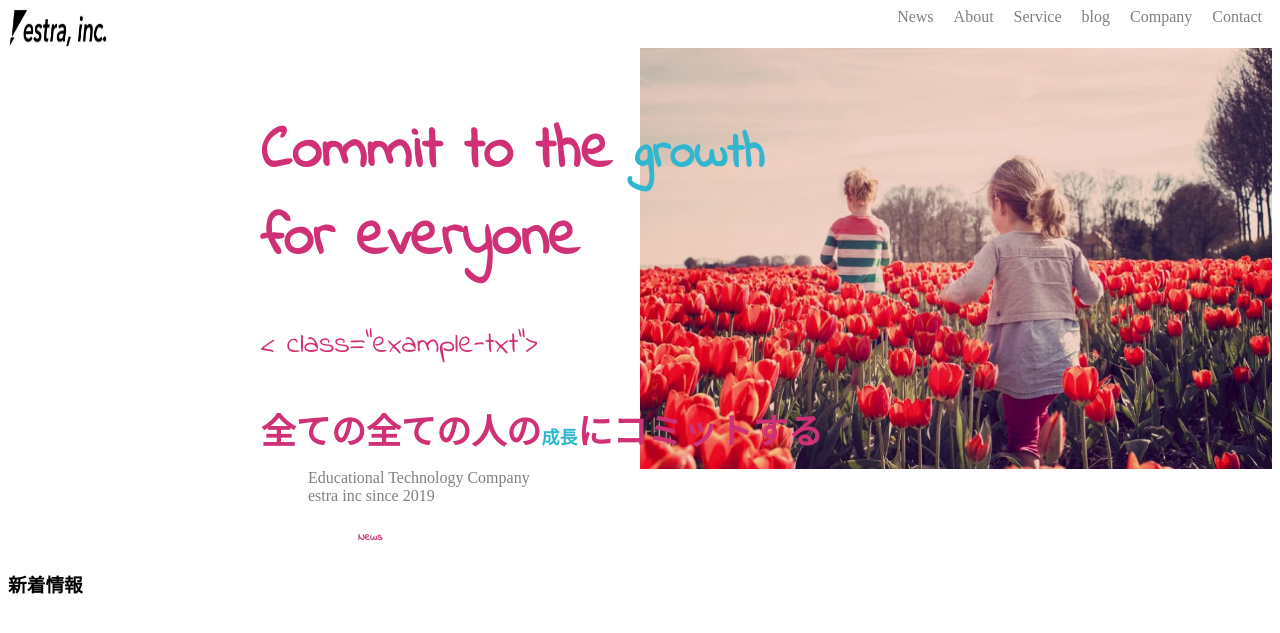
Repository: sigemasaasuka/20210902
Page: index.html
The author's editor kept a copy of each file at every save. The page is drawn from the files as they stood at one save, then again after the next save.
The browser window is 1280 px wide. The pictures show the whole page.

Above is the page before, as saved 2021-09-08 20:58:07.

### index.html
<!DOCTYPE html>
<html lang="ja">

<head>
  <meta charset="UTF-8">
  <meta name="viewport" content="width=device-width, initial-scale=1.0">
  <title>Document</title>
  <link rel="stylesheet" href="css/style.css">
  <link rel="preconnect" href="https://fonts.googleapis.com">
  <link rel="preconnect" href="https://fonts.gstatic.com" crossorigin>
  <link href="https://fonts.googleapis.com/css2?family=Indie+Flower&display=swap" rel="stylesheet">
</head>

<body>
  <div class="flex">
    <img src="img/img/estra_logo.png" alt="estra_logo" width="100px" height="40px">
    <div class="parent">
      <div class="child">News</div>
      <div class="child">About</div>
      <div class="child">Service</div>
      <div class="child">blog</div>
      <div class="child">Company</div>
      <div class="child">Contact</div>

    </div>
  </div>
  <div class="relative">
    <img class="relative__img" src="img/img/firstview.jpg" alt="firstview">
    <div class="example">
      <h1>Commit to the <span class="document"> growth</span> <br>for everyone</h1>
      < class="example-txt">
        <h3>全ての全ての人の<span class="document-txt">成長</span>にコミットする</h3>
      </div>
    </div>
    <p class="subtitle">Educational Technology Company<br>estra inc since 2019</p>
    <div class="smlltitle">
    <h6>News</h6>
    </div>
    <h3>新着情報</h3>
   </div>
　</div>

</body>

</html>

### css/style.css
.img {
  text-align: left;
}

.parent {
  display: flex;
  text-align: right;
  color: gray;
}

.child {
  margin: 0 10px;
}
.flex {
  display: flex;
  justify-content: space-between;
}

.relative {
  position: relative;
}

.relative__img {
  margin: 0 0 0 auto;
  display: block;
  width: 50%;
}

.example {
  position: absolute;
  top: 5%;
  left: 20%;
  font-size: 30px;
  color: #cf3076;
  font-family: "Indie Flower", cursive;
}

.document {
  top: 5%;
  left: 20%;
  font-size: 50px;
  color: #30b6cf;
  font-family: "Indie Flower", cursive;
}

.example-txt {
  position: absolute;
  top: 100%;
  left: 0%;
  font-size: 18px;
  color: #cf3076;
  font-family: "Indie Flower", cursive;
}

.document-txt {
  top: 100%;
  left: 0%;
  font-size: 18px;
  color: #30b6cf;
  font-family: "Indie Flower", cursive;
}

.subtitle {
  margin: 0px 300px;
  color: gray;
}

.smlltitle {
  color: #cf3076;
  font-family: "Indie Flower", cursive;
  margin-left: 350px;
}

.h3 {
  color: gray;
}

After the next save:
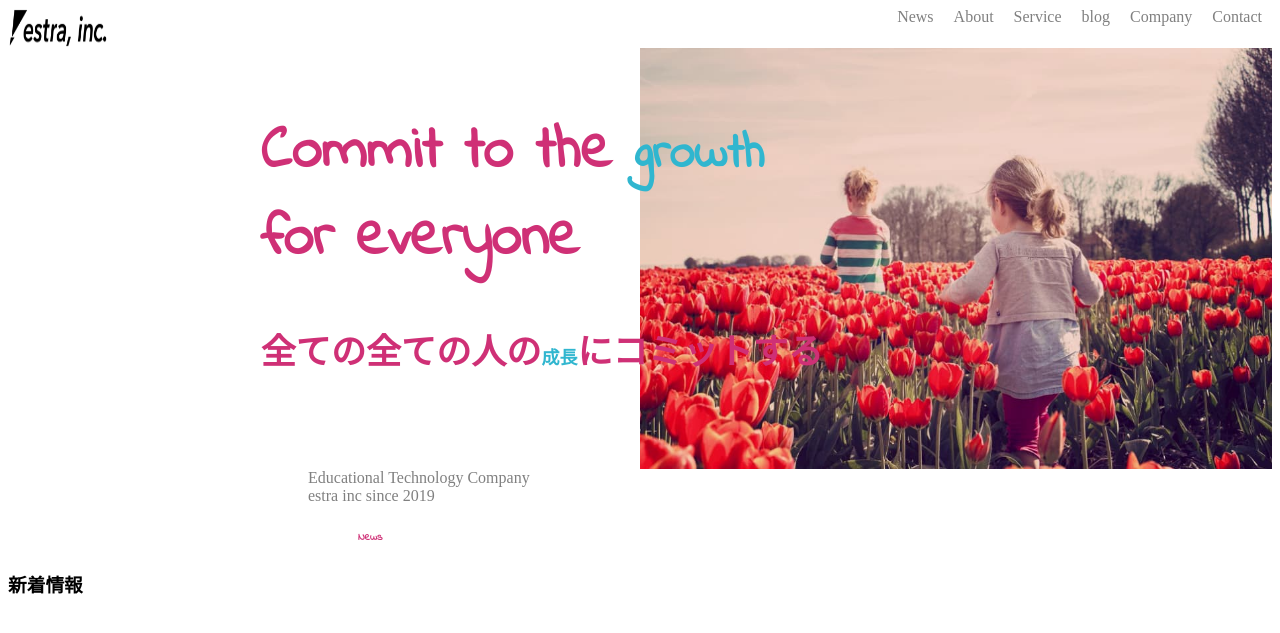
Saved 8 s later.
--- a/index.html
+++ b/index.html
@@ -28,7 +28,7 @@
     <img class="relative__img" src="img/img/firstview.jpg" alt="firstview">
     <div class="example">
       <h1>Commit to the <span class="document"> growth</span> <br>for everyone</h1>
-      < class="example-txt">
+      <h3 class="example-txt">
         <h3>全ての全ての人の<span class="document-txt">成長</span>にコミットする</h3>
       </div>
     </div>
